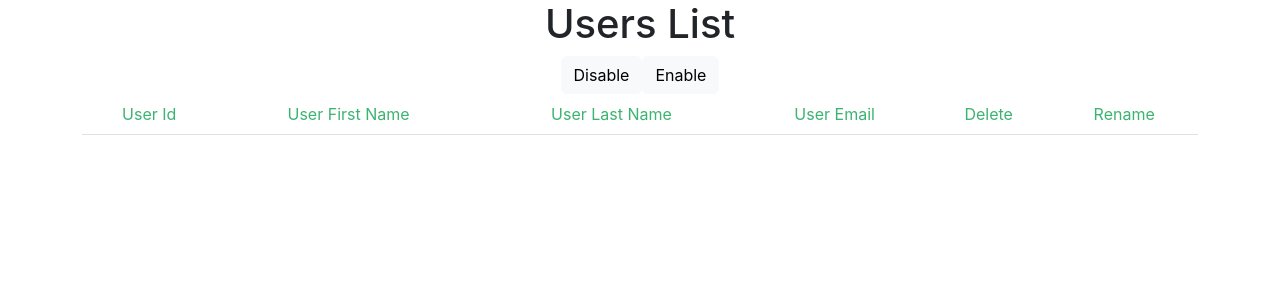
Repository: zerokrezan/SpringBootReactJSProjectFrontEndPartExample
Page: /users
An editor plug-in stored every save of this project. The page is shown before and after the next save, followed by the edit.
The browser window is 1280 px wide. The pictures show the whole page.
The project was rebuilt for these pictures with package versions that can differ from the ones it lists, and the page was loaded fresh each time. Also part of the build but not shown: src/components/UserCreationComponent.js, src/login/UserLoginForm.js.

Above is the page before, as saved 2023-04-23 13:49:56.

After the next save:
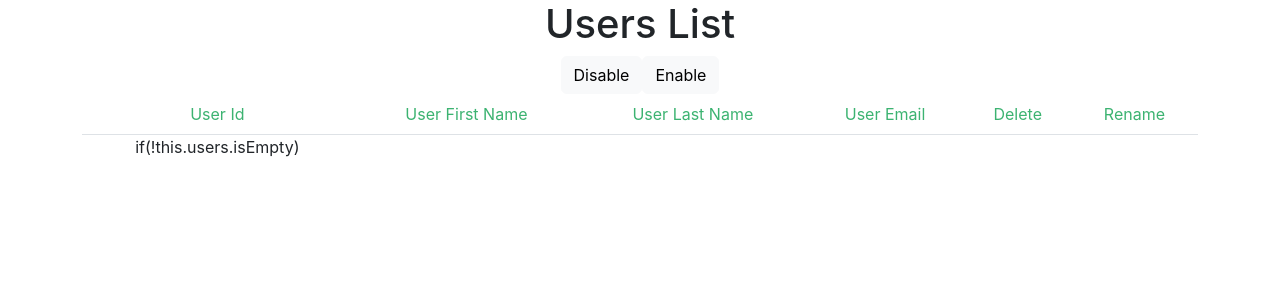
Saved 4 min 54 s later.
--- a/src/components/UserViewComponent.js
+++ b/src/components/UserViewComponent.js
@@ -151,6 +151,7 @@
                         </tr>
                     </thead>
                     <tbody>
+                      if(!this.users.isEmpty)
                         {
                             this.state.users.map(
                                 user =>

After the save that followed:
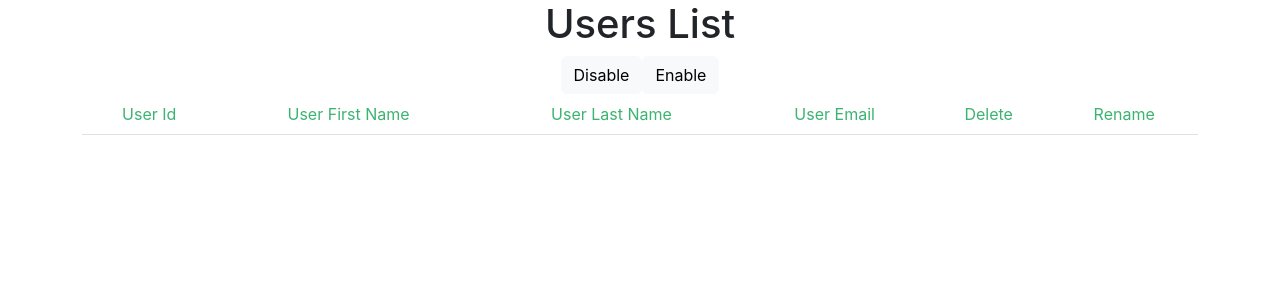
Saved 82 s later.
--- a/src/components/UserViewComponent.js
+++ b/src/components/UserViewComponent.js
@@ -151,7 +151,7 @@
                         </tr>
                     </thead>
                     <tbody>
-                      if(!this.users.isEmpty)
+
                         {
                             this.state.users.map(
                                 user =>
